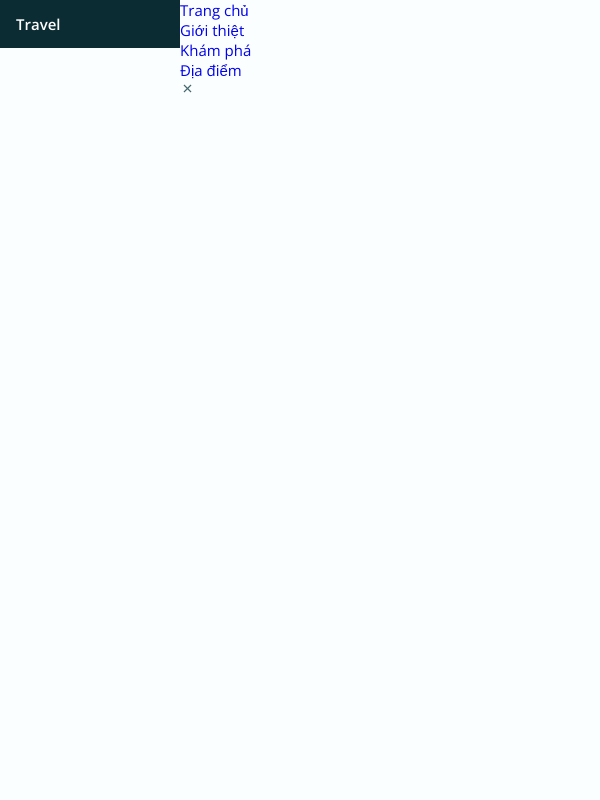
Repository: haokiet2501/travel-demo
Page: index.html
The author's editor kept a copy of each file at every save. The page is drawn from the files as they stood at one save, then again after a run of saves.
The browser window is 600 px wide. The pictures show the whole page.

Above is the page before, as saved 2021-09-21 10:09:46.

### index.html
<!DOCTYPE html>
<html lang="en">
<head>
    <meta charset="UTF-8">
    <meta http-equiv="X-UA-Compatible" content="IE=edge">
    <meta name="viewport" content="width=device-width, initial-scale=1.0">
    <link href="https://cdn.jsdelivr.net/npm/remixicon@2.5.0/fonts/remixicon.css" rel="stylesheet">
    <link rel="stylesheet" href="/css/style.css">
    <title>Website Travel</title>
</head>

<body>
    <header class="header" id="header">
        <nav class="nav container">
            <a href="#" class="nav__logo">Travel</a>

            <div class="nav__menu" id="nav-menu">
                <ul class="nav__list">
                    <li class="nav__item">
                        <a href="#home" class="nav__link">Trang chủ</a>
                    </li>
                    <li class="nav__item">
                        <a href="#about" class="nav__link">Giới thiệt</a>
                    </li>
                    <li class="nav__item">
                        <a href="#discover" class="nav__link">Khám phá</a>
                    </li>
                    <li class="nav__item">
                        <a href="#place" class="nav__link">Địa điểm</a>
                    </li>
                </ul>

                <i class="ri-close-line nav__close" id="nav-close"></i>
            </div>

            <div class="nav__toggle" id="nav-toggle">
                <i class="ri-list-settings-line"></i>
            </div>
        </nav>
    </header>
</body>

</html>

### css/style.css
/* Google Font */
@import url('https://fonts.googleapis.com/css2?family=Open+Sans:wght@400;600&family=Raleway:wght@500;600;700&display=swap');

/* Variables css */
:root {
    --header-height: 3rem;

    /* Colors */
    --hue-color: 190;

    /* HSL color mode */
    --first-color: hsl(var(--hue-color), 64%, 12%);
    --first-color-second: hsl(var(--hue-color), 64%, 22%);
    --first-color-alt: hsl(var(--hue-color), 64%, 15%);
    --title-color: hsl(var(--hue-color), 64%, 18%);
    --text-color: hsl(var(--hue-color), 24%, 35%);
    --text-color-light: hsl(var(--hue-color), 8%, 60%);
    --input-color: hsl(var(--hue-color), 24%, 97%);
    --body-color: hsl(var(--hue-color), 100%, 99%);
    --white-color: #FFF;
    --scroll-bar-color: hsl(var(--hue-color), 12%, 90%);
    --scroll-thumb-color: hsl(var(--hue-color), 12%, 75%);

    /* Font and typography */
    --body-font: 'Open Sans', sans-serif;
    --title-font: 'Raleway', sans-serif;
    --biggest-font-size: 2.5rem;
    --h1-font-size: 1.5rem;
    --h2-font-size: 1.25rem;
    --h3-font-size: 1rem;
    --normal-font-size: .938rem;
    --small-font-size: .813rem;
    --smaller-font-size: .75rem;

    /* Font Weight */
    --font-medium: 500;
    --font-semi-bold: 600;

    /* Margin Bottom */
    --mb-0-25: .25rem;
    --mb-0-5: .5rem;
    --mb-0-75: .75rem;
    --mb-1: 1rem;
    --mb-1-25: 1.25rem;
    --mb-1-5: 1.5rem;
    --mb-2: 2rem;
    --mb-2-5: 2.5rem;

    /* Z-index */
    --z-tooltip: 10;
    --z-fixed: 100;

    /* Hover overlay */
    --img-transition: .3s;
    --img-hidden: hidden;
    --img-scale: scale(1.1);
}

@media screen and (min-width: 960px) {
    :root {
        --biggest-font-size: 4rem;
        --h1-font-size: 2.25rem;
        --h2-font-size: 1.75rem;
        --h3-font-size: 1.25rem;
        --normal-font-size: 1rem;
        --small-font-size: .875rem;
        --smaller-font-size: .813rem;
    }
}

/* Base */
* {
    padding: 0;
    margin: 0;
    box-sizing: border-box;
}

html {
    scroll-behavior: smooth;
}

body {
    margin: var(--header-height) 0 0 0;
    font-family: var(--body-font);
    font-size: var(--normal-font-size);
    background-color: var(--body-color);
    color: var(--text-color);
}

h1,h2,h3 {
    color: var(--title-color);
    font-weight: var(--font-semi-bold);
    font-family: var(--title-font);
}

ul {
    list-style: none;
}

a {
    text-decoration: none;
}

img, video {
    max-width: 100%;
    height: auto;
}

button, input {
    border: none;
    font-family: var(--body-font);
    font-size: var(--normal-font-size);
}

button {
    cursor: pointer;
}

input {
    outline: none;
}

/* Reusable css classed */
.section {
    padding: 4.5rem 0 2.5rem;
}

.section__title {
    font-size: var(--h2-font-size);
    color: var(--title-color);
    text-align: center;
    text-transform: capitalize;
    margin-bottom: var(--mb-2);
}

.container {
    max-width: 960px;
    margin-left: var(--mb-1);
    margin-right: var(--mb-1);
}

.grid {
    display: grid;
    gap: 1.5rem;
}

/* HEADER */
.header {
    width: 100%;
    position: fixed;
    top: 0;
    left: 0;
    z-index: var(--z-fixed);
    background-color: var(--first-color);
}

/* NAV */
.nav {
    display: flex;
    justify-content: space-between;
    align-items: center;
    height: var(--header-height);
}

.nav__logo, .nav__toggle {
    color: var(--white-color);
}

.nav__logo {
    font-weight: var(--font-semi-bold);
}

.nav__toggle {
    font-size: 1.2rem;
    cursor: pointer;
}

.nav__menu {
    position: relative;
}

@media screen and (max-width: 767px) {
    .nav__menu {
        position: fixed;
        background-color: var(--body-color);
        top: 0;
        right: 0;
        width: 70%;
        height: 100%;
        box-shadow: hsla(var(--hue-color), 64%, 15%, .15);
    }
}

After the next 2 saves:
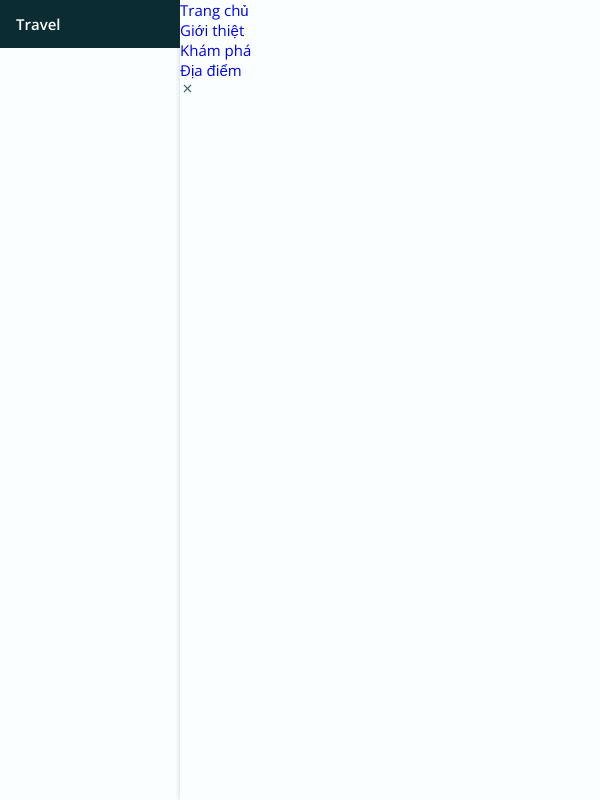
The 2 saves are shown as one change because they came seconds apart.
The last was saved 20 s later.
--- a/css/style.css
+++ b/css/style.css
@@ -187,6 +187,6 @@ input {
         right: 0;
         width: 70%;
         height: 100%;
-        box-shadow: hsla(var(--hue-color), 64%, 15%, .15);
+        box-shadow: -1px 0 4px hsla(var(--hue-color), 64%, 15%, .15);
     }
 }
